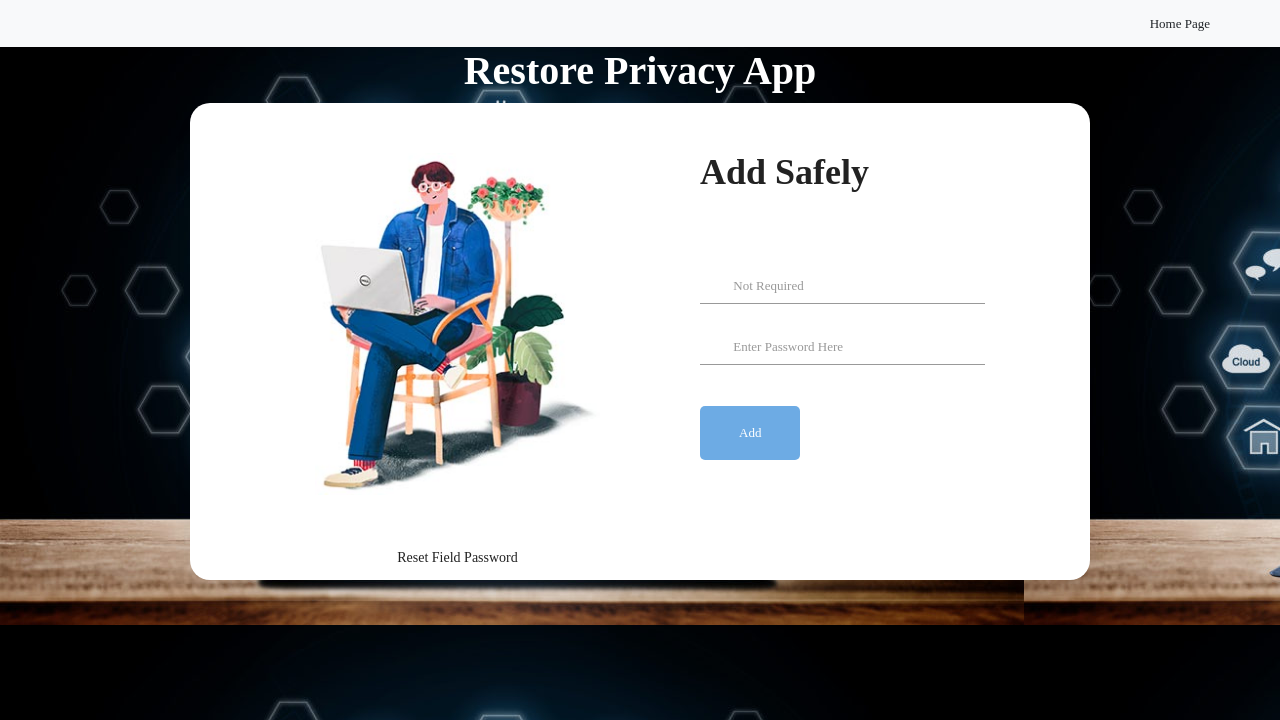
Repository: Sunil-731820/AllWorkingModels
Page: http://localhost/PasswordManagerApp/AddPassword.jsp
The author's editor kept a copy of each file at every save. The page is drawn from the files as they stood at one save, then again after the next save.
The browser window is 1280 px wide. The pictures show the whole page.
Some web fonts or font styles are not loaded; a fallback is used. Some web libraries are served in a nearby version. The page is served by Tomcat 9. Other server files are loaded and not shown.

Above is the page before, as saved 2022-09-27 07:30:35.

### PasswordManagerApp/src/main/webapp/AddPassword.jsp
<%@page import="com.java.jsp.EncrptionOfPinCode"%>
<%@page import="com.java.jsp.AddPassword"%>
<%@page import="com.java.jsp.AddPasswordDAO"%>
<%@ page language="java" contentType="text/html; charset=ISO-8859-1"
    pageEncoding="ISO-8859-1"%>
<!DOCTYPE html>
<html>
<head>
<meta charset="ISO-8859-1">
<title>Insert title here</title>
<link rel="stylesheet" href="fonts/material-icon/css/material-design-iconic-font.min.css">
        <link rel="stylesheet"
              href="https://stackpath.bootstrapcdn.com/bootstrap/4.3.1/css/bootstrap.min.css">
        <link rel="stylesheet"
              href="https://maxcdn.bootstrapcdn.com/font-awesome/4.7.0/css/font-awesome.min.css">
        <script
        src="https://ajax.googleapis.com/ajax/libs/jquery/3.3.1/jquery.min.js"></script>
        <script
        src="https://cdnjs.cloudflare.com/ajax/libs/popper.js/1.14.7/umd/popper.min.js"></script>
        <script
        src="https://stackpath.bootstrapcdn.com/bootstrap/4.3.1/js/bootstrap.min.js"></script>
        <link
            href="//maxcdn.bootstrapcdn.com/bootstrap/4.0.0/css/bootstrap.min.css"
            rel="stylesheet" id="bootstrap-css">
        <script
        src="//maxcdn.bootstrapcdn.com/bootstrap/4.0.0/js/bootstrap.min.js"></script>
        <script
        src="//cdnjs.cloudflare.com/ajax/libs/jquery/3.2.1/jquery.min.js"></script>
        <link rel="stylesheet" href="css/register.css" type="text/css" />
         <style type="text/css">
        body {
            background-image: url("img/pass4.jpeg");
            background-color: #cccccc;
        }
        .img-rounded {
            height: 100%;
            width: 100%;
        }
        h1 {
            color: white;
            text-align: center;
        }
    </style>
</head>
<body>
<%
	AddPasswordDAO dao = new AddPasswordDAO();
	EncrptionOfPinCode erc1 = new EncrptionOfPinCode();

%>
<nav class="navbar navbar-expand-md navbar-light bg-light">
            <a href="#" class="navbar-brand">
            </a>
            <button type="button" class="navbar-toggler" data-toggle="collapse"
                    data-target="#navbarCollapse">
                <span class="navbar-toggler-icon"></span>
            </button>

            <div class="collapse navbar-collapse" id="navbarCollapse">
                <div class="navbar-nav ml-auto" style="margin-right: 30px;">
                    <a class="dropdown-item" href="HomePage.jsp">Home Page</a>
                </div>
            </div>
        </nav>
        <div>
            <h1>
                <b> Restore Privacy App </b>
            </h1>
        </div>
        <!-- Sing in  Form -->
        <form action="AddPassword.jsp" method="get">
            <section class="sign-in">
                <div class="container">
                    <div class="signin-content">
                        <div class="signin-image">
                            <figure><img src="img/signin-image.jpg" alt="sing up image"></figure>
                            <a href="AddPassword.jsp" class="signup-image-link">Reset Field Password </a>
                        </div>

                        <div class="signin-form">
                            <h2 class="form-title">Add Safely</h2>
                            <form method="get" class="register-form" id="login-form">
                             &nbsp;&nbsp;&nbsp;&nbsp;&nbsp;&nbsp;&nbsp;&nbsp;&nbsp;&nbsp;<h4></h4>
                                <div class="form-group">
                                    <label for="your_name"><i class="zmdi zmdi-account material-icons-name"></i></label>
                                    <input type="number" name="normal" id="your_name" placeholder=" Not Required " />
                                </div>

                                <div class="form-group">
                                    <label for="your_name"><i class="zmdi zmdi-account material-icons-name"></i></label>
                                    <input type="text" name="AddPassword" id="your_name" placeholder=" Enter Password Here " required="required"/>
                                </div>

                                <div class="form-group form-button">
                                    <input type="submit" name="signin" id="signin" class="form-submit" value="Add"/>
                                </div>
                            </form>
                        </div>
                    </div>
                </div>
            </section>
        </form>

        <%
        	if(request.getParameter("AddPassword")!=null || request.getParameter("normal")!=null){
        		AddPassword add = new AddPassword();
        		String AddPassword = request.getParameter("AddPassword");
            	String addP =  erc1.encrypt(AddPassword);
        		add.setAddPassword(addP);
        		dao.addPassWordSafely(add);

        		 %>
            	 <jsp:forward page="PasswordAddedSuccessFully.jsp"/>

            	<%
            }
            %>

</body>
</html>

### PasswordManagerApp/src/main/java/com/java/jsp/AddPasswordDAO.java
package com.java.jsp;

import java.sql.Connection;
import java.sql.PreparedStatement;
import java.sql.SQLException;

public class AddPasswordDAO {

	Connection connection;
	PreparedStatement pst;

	public String addPassWordSafely(AddPassword AddPassword) throws ClassNotFoundException, SQLException {
		connection = ConnectionHelper.getConnection();
		String cmd = "insert into savepassword(AddPassword)"+
				" values (?)";
		pst  = connection.prepareStatement(cmd);
		pst.setString(1, AddPassword.getAddPassword());
		pst.executeUpdate();
		return "Password is addess Suceesfully";

	}

}

### PasswordManagerApp/src/main/java/com/java/jsp/EncrptionOfPinCode.java
package com.java.jsp;
import java.nio.charset.StandardCharsets;
import java.security.spec.KeySpec;
import java.util.Base64;
import java.util.Scanner;

import javax.crypto.Cipher;
import javax.crypto.SecretKey;
import javax.crypto.SecretKeyFactory;
import javax.crypto.spec.IvParameterSpec;
import javax.crypto.spec.PBEKeySpec;
import javax.crypto.spec.SecretKeySpec;

public class EncrptionOfPinCode {
	private static final String SECRET_KEY
    = "my_super_secret_key_ho_ho_ho";

    private static final String SALT = "ssshhhhhhhhhhh!!!!";

// This method use to encrypt to string
public static String encrypt(String strToEncrypt)
{
    try {

        // Create default byte array
        byte[] iv = { 0, 0, 0, 0, 0, 0, 0, 0,
                      0, 0, 0, 0, 0, 0, 0, 0 };
        IvParameterSpec ivspec
            = new IvParameterSpec(iv);

        // Create SecretKeyFactory object
        SecretKeyFactory factory
            = SecretKeyFactory.getInstance(
                "PBKDF2WithHmacSHA256");

        // Create KeySpec object and assign with
        // constructor
        KeySpec spec = new PBEKeySpec(
            SECRET_KEY.toCharArray(), SALT.getBytes(),
            65536, 256);
        SecretKey tmp = factory.generateSecret(spec);
        SecretKeySpec secretKey = new SecretKeySpec(
            tmp.getEncoded(), "AES");

        Cipher cipher = Cipher.getInstance(
            "AES/CBC/PKCS5Padding");
        cipher.init(Cipher.ENCRYPT_MODE, secretKey,
                    ivspec);
        // Return encrypted string
        return Base64.getEncoder().encodeToString(
            cipher.doFinal(strToEncrypt.getBytes(
                StandardCharsets.UTF_8)));
    }
    catch (Exception e) {
        System.out.println("Error while encrypting: "
                           + e.toString());
    }
    return null;

	}
}

Loaded but not shown: PasswordManagerApp/src/main/webapp/css/register.css (590 lines, source omitted)

After the next save:
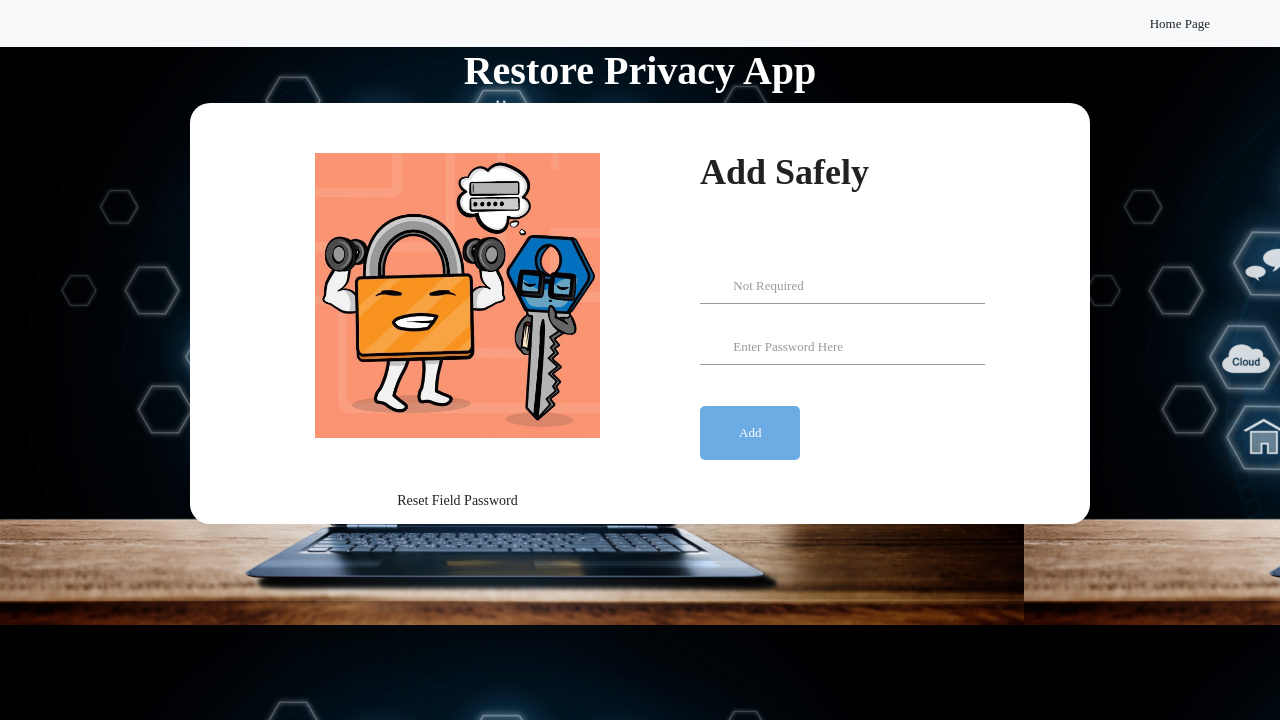
Saved 92 s later.
--- a/PasswordManagerApp/src/main/webapp/AddPassword.jsp
+++ b/PasswordManagerApp/src/main/webapp/AddPassword.jsp
@@ -73,7 +73,7 @@
                 <div class="container">
                     <div class="signin-content">
                         <div class="signin-image">
-                            <figure><img src="img/signin-image.jpg" alt="sing up image"></figure>
+                            <figure><img src="img/addPassImg.jpg" alt="sing up image"></figure>
                             <a href="AddPassword.jsp" class="signup-image-link">Reset Field Password </a>
                         </div>
 
